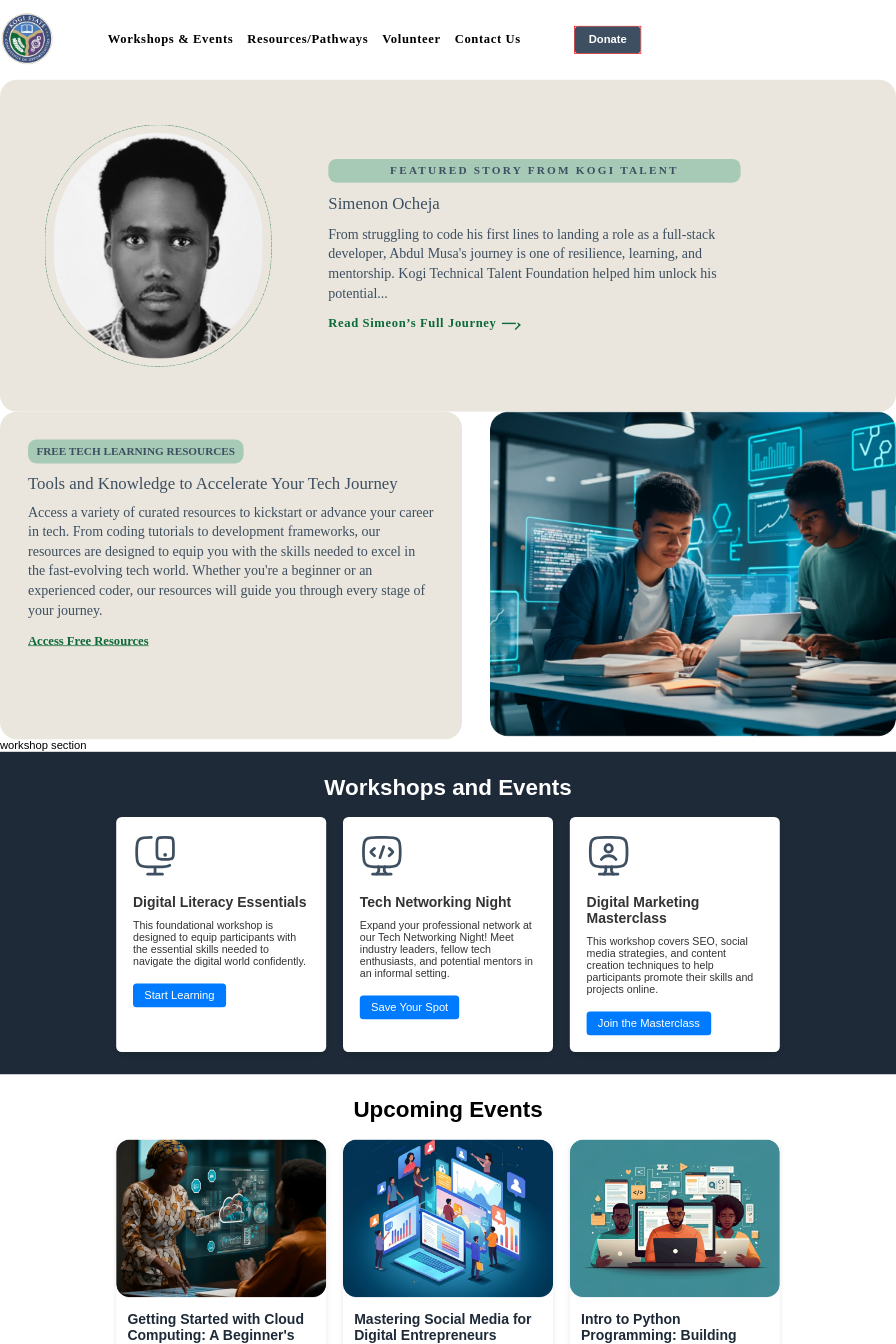
Repository: Cryptim/3MTT-Kogi-Foundation
Page: index.html
An editor plug-in stored every save of this project. The page is shown before and after the next save, followed by the edit.
The browser window is 1280 px wide. The pictures show the part of the page from y = 0 to 1920 px (the page is 2785 px tall before and 2671 px after), at 70% of full size.

Above is the page before, as saved 2024-11-04 03:17:15.

After the next save:
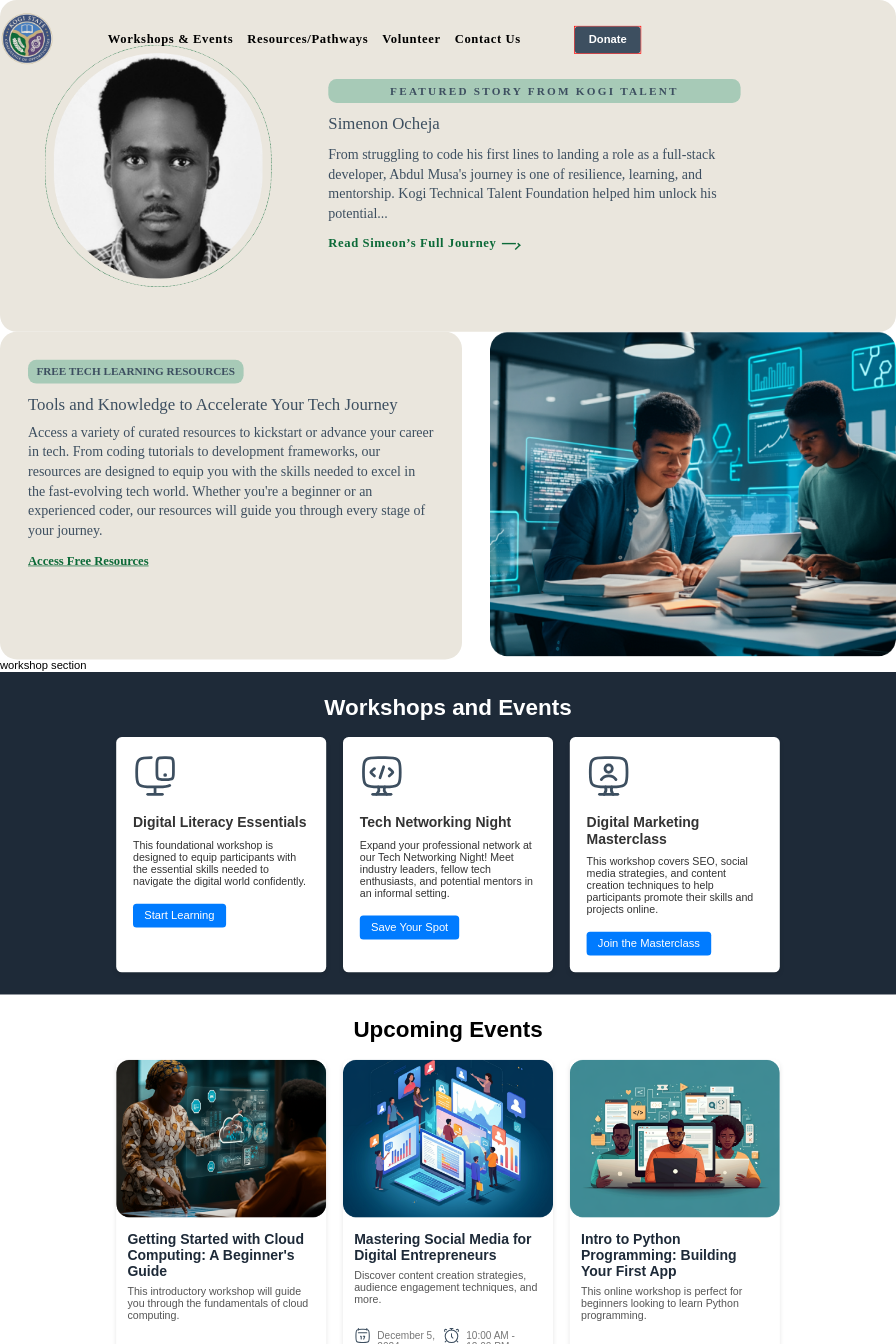
Saved 6 s later.
--- a/stlyes/style.css
+++ b/stlyes/style.css
@@ -17,7 +17,7 @@
   align-items: center;
   gap: 66px;
   display: inline-flex;
-  position: inherit;
+  position: absolute;
   left: 0;
   top: 0;
 }

After the save that followed:
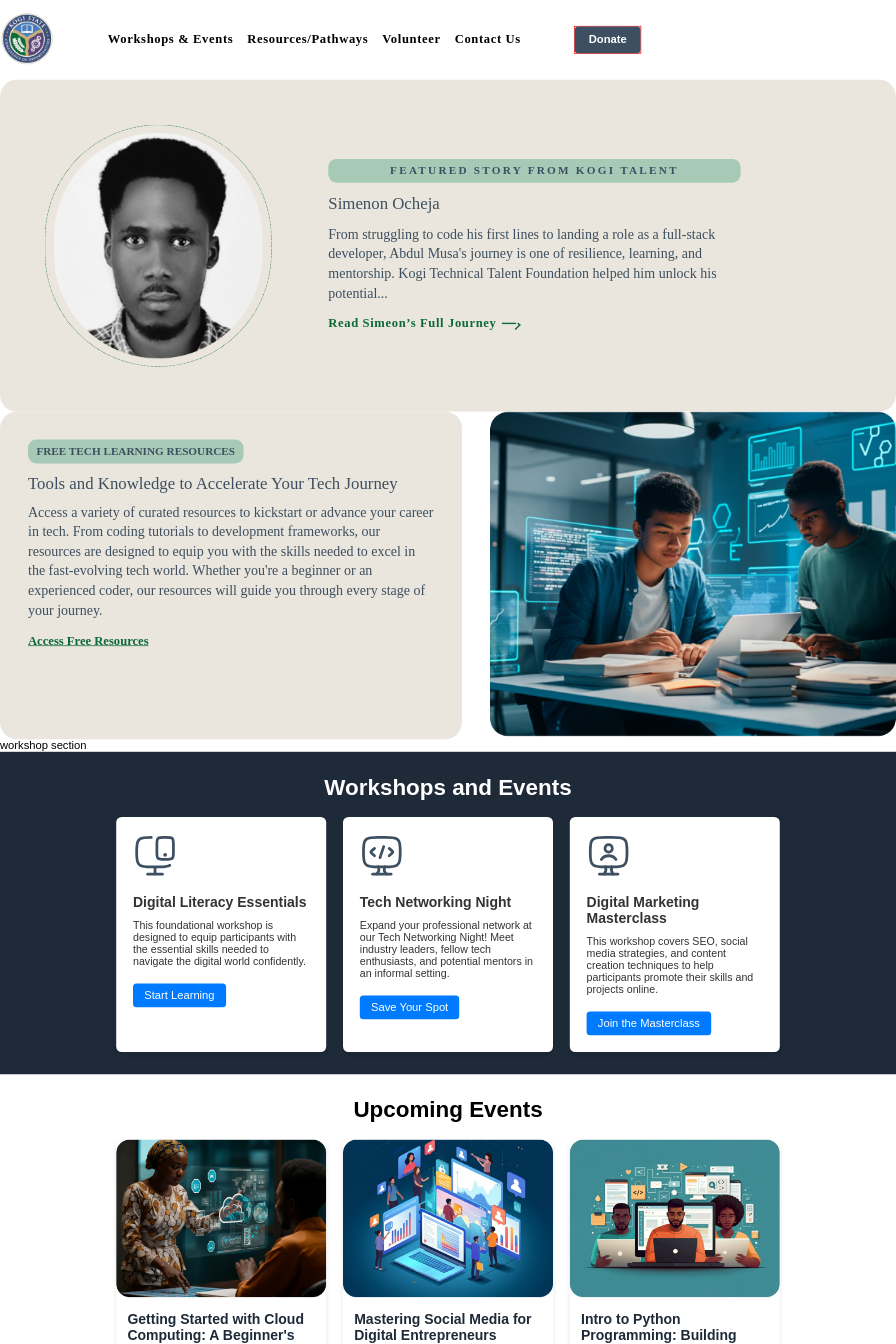
Saved 12 s later.
--- a/stlyes/style.css
+++ b/stlyes/style.css
@@ -17,7 +17,6 @@
   align-items: center;
   gap: 66px;
   display: inline-flex;
-  position: absolute;
   left: 0;
   top: 0;
 }
